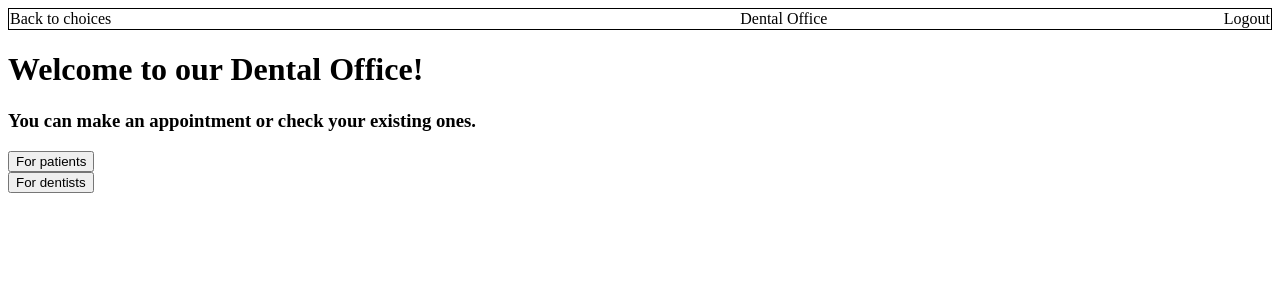
Repository: ThEgIGN/DentalOfficeWebApplication
Page: http://localhost/DentalOfficeWEB/
An editor plug-in stored every save of this project. The page is shown before and after the next save, followed by the edit.
The browser window is 1280 px wide. The pictures show the whole page.
The page is served by Tomcat 9. Nobody is signed in. The application's start-up code is not run. Other server files are loaded and not shown.

Above is the page before, as saved 2023-06-16 10:08:36.

### DentalOfficeProject/DentalOfficeWEB/src/main/webapp/index.jsp
<%@ page language="java" contentType="text/html; charset=ISO-8859-1"
	pageEncoding="ISO-8859-1"%>
<!DOCTYPE html>
<html>
<head>
<meta charset="ISO-8859-1">
<title>Dental Office Name</title>
</head>
<body>
	<table
		style="width: 100%; border-collapse: collapse; border: 1px solid;">
		<tr>
			<td style="text-align: left">Back to choices</td>
			<td style="text-align: center">Dental Office</td>
			<td style="text-align: right">Logout</td>
		</tr>
	</table>
	<h1>Welcome to our Dental Office!</h1>
	<h3>You can make an appointment or check your existing ones.</h3>
	<form action="/DentalOfficeWEB/patients/createPatient.jsp">
		<button type="submit">For patients</button>
	</form>
	<form action="/DentalOfficeWEB/dentists/loginDentist.jsp">
		<button type="submit">For dentists</button>
	</form>
</body>
</html>

After the next save:
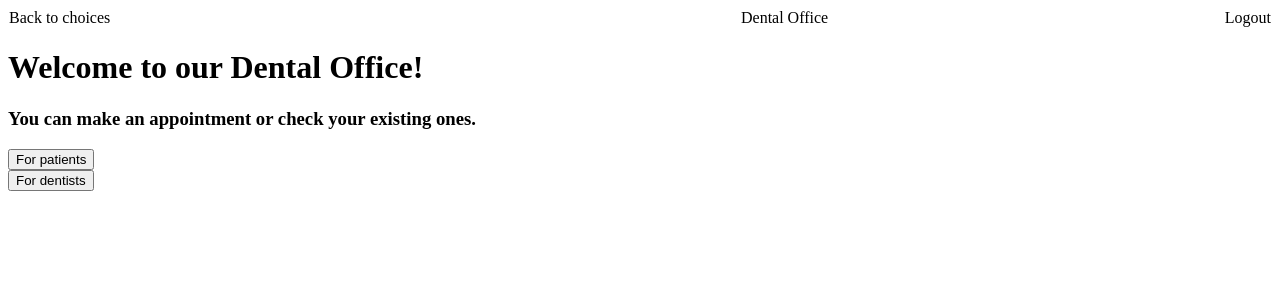
Saved 5 s later.
--- a/DentalOfficeProject/DentalOfficeWEB/src/main/webapp/index.jsp
+++ b/DentalOfficeProject/DentalOfficeWEB/src/main/webapp/index.jsp
@@ -8,7 +8,7 @@
 </head>
 <body>
 	<table
-		style="width: 100%; border-collapse: collapse; border: 1px solid;">
+		style="width: 100%; border-collapse: collapse;">
 		<tr>
 			<td style="text-align: left">Back to choices</td>
 			<td style="text-align: center">Dental Office</td>
